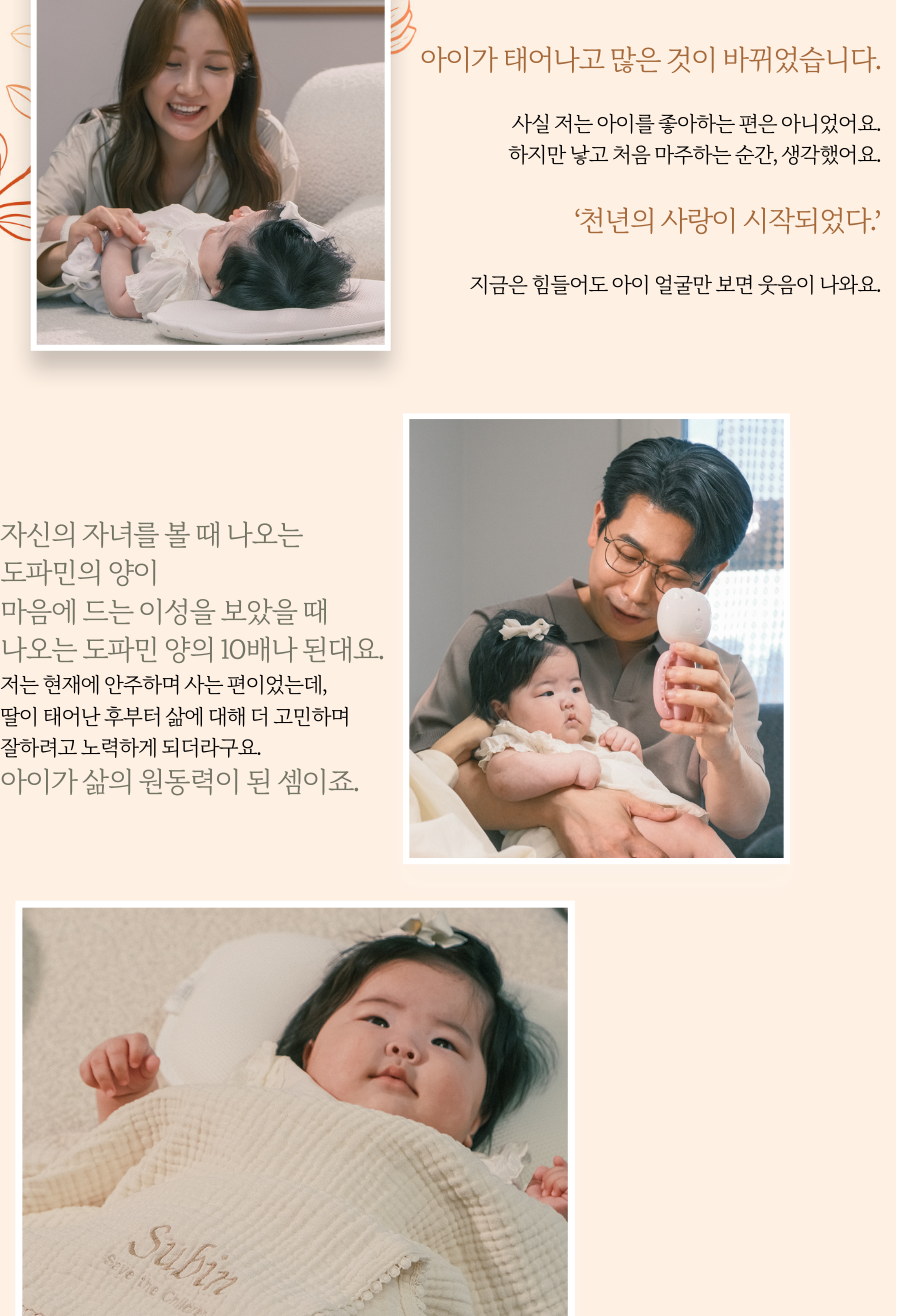
Repository: dlgywls1130/saveTheChildren
Page: index.html
The author's editor kept a copy of each file at every save. The page is drawn from the files as they stood at one save, then again after the next save.
The browser window is 1280 px wide. The page is 1293 px wide, so the pictures cover 1293 px, including what lies to the right of the window. The pictures show the part of the page from y = 3261 to 5141 px (the page is 10384 px tall), at 70% of full size.
Some web fonts or font styles are not loaded; a fallback is used. The style sheet was rebuilt from its Sass, Less or Tailwind sources for each picture, by a compiler version that may differ from the author's.

Above is the page before, as saved 2024-11-01 22:34:48.

After the next save:
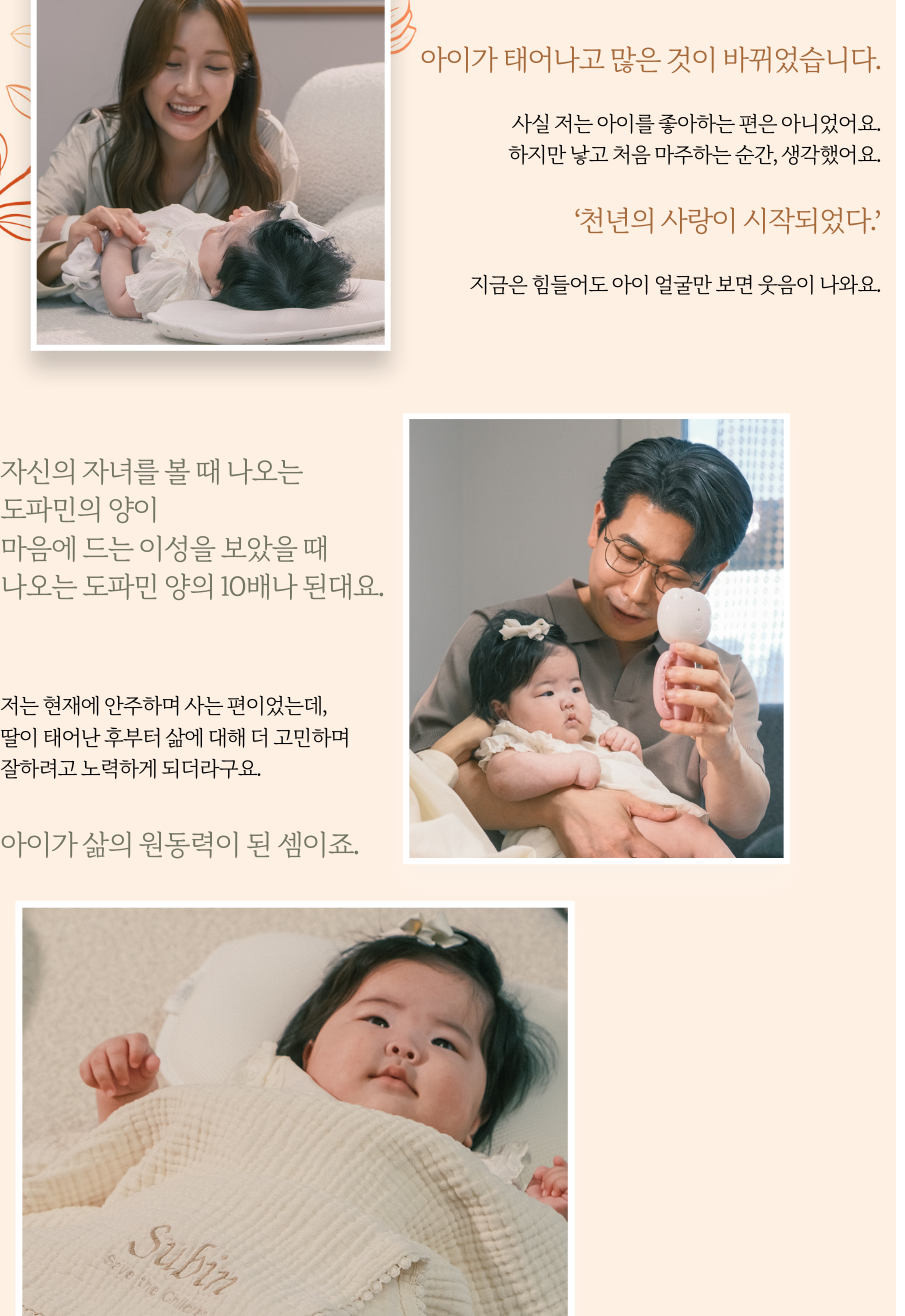
Saved 6 s later.
--- a/index.html
+++ b/index.html
@@ -99,13 +99,13 @@
             <div class="story_03">
                 <div class="story_03_01">
                     <div class="story_text-contain">
-                        <p class="story_text_01">
+                        <p class="story_text_01 mb-120">
                             자신의 자녀를 볼 때 나오는
                             <br>도파민의 양이
                             <br>마음에 드는 이성을 보았을 때
                             <br>나오는 도파민 양의 10배나 된대요.
                         </p>
-                        <p class="story_text_02">
+                        <p class="story_text_02 mb-60">
                             저는 현재에 안주하며 사는 편이었는데,
                             <br>딸이 태어난 후부터 삶에 대해 더 고민하며
                             <br>잘하려고 노력하게 되더라구요.
